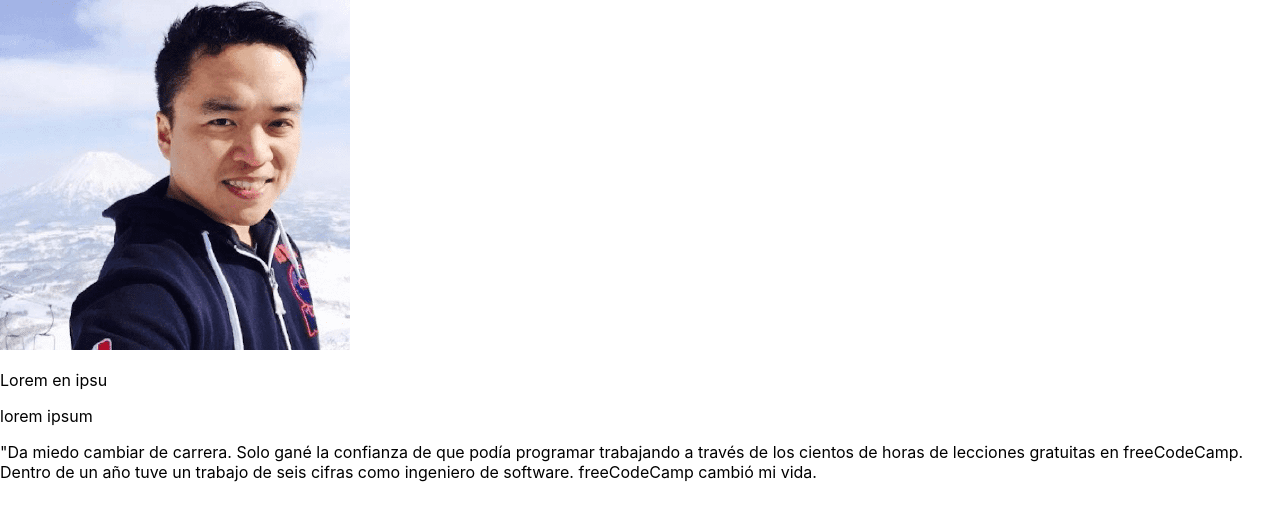
Repository: mvbri/testimonios-free-code
Page: /
These files come from the project's save history. The page is drawn as it stood at one moment and after the next save; the edit follows.
The browser window is 1280 px wide. The pictures show the whole page.
The project was rebuilt for these pictures with package versions that can differ from the ones it lists, and the page was loaded fresh each time. Also part of the build but not shown: src/App.css.

Above is the page before, as saved 2023-01-31 20:24:29.

### src/App.js
import './App.css';
import Testimonios from './components/Testimonios';

function App() {
	return (
		<div className='App'>
			<Testimonios />
		</div>
	);
}

export default App;

### src/components/Testimonios.js
// rfce - Para crear estructura básica de componente.
import React from 'react';

function Testimonios() {
	return (
		<div className='container-testimony'>
			<img
				className='img-testimony'
				src={require('../img/testimony-1.png')}
				alt='Foto de 1'
			/>
			<div className='container-text-testimony'>
				<p className='name-testimony'>Lorem en ipsu</p>
				<p className='charhe-name'>lorem ipsum</p>
				<p className='text-testimony'>
					"Da miedo cambiar de carrera. Solo gané la confianza de que podía
					programar trabajando a través de los cientos de horas de lecciones
					gratuitas en freeCodeCamp. Dentro de un año tuve un trabajo de seis
					cifras como ingeniero de software. freeCodeCamp cambió mi vida.
				</p>
			</div>
		</div>
	);
}

export default Testimonios;

Loaded but not shown: public/index.html (common file); src/index.js (common file); src/index.css (common file); src/reportWebVitals.js (common file)

After the next save:
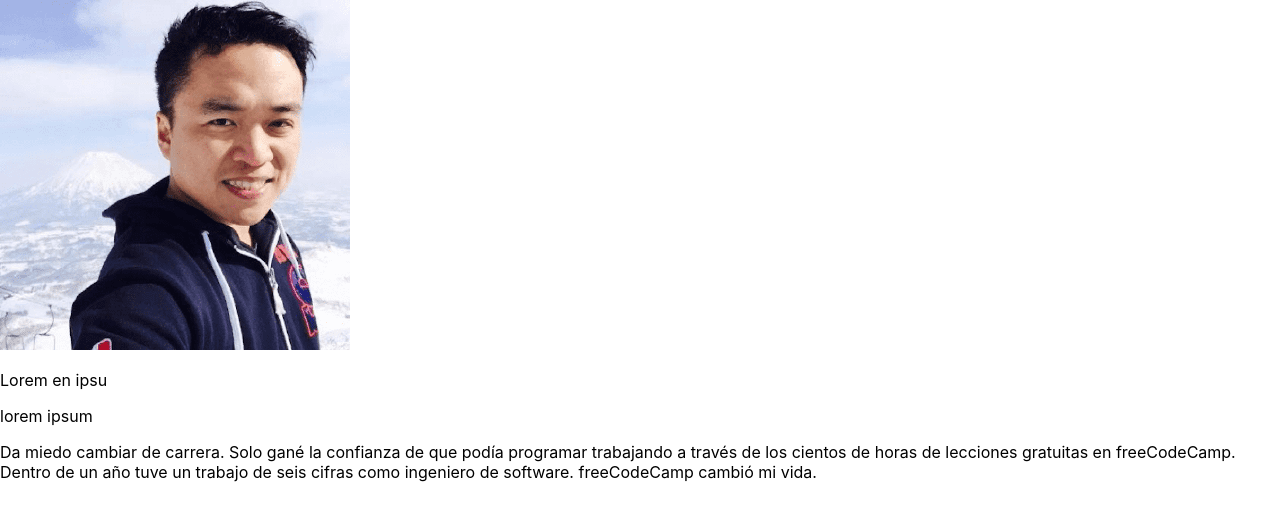
Saved 8 s later.
--- a/src/components/Testimonios.js
+++ b/src/components/Testimonios.js
@@ -13,7 +13,7 @@ function Testimonios() {
 				<p className='name-testimony'>Lorem en ipsu</p>
 				<p className='charhe-name'>lorem ipsum</p>
 				<p className='text-testimony'>
-					"Da miedo cambiar de carrera. Solo gané la confianza de que podía
+					Da miedo cambiar de carrera. Solo gané la confianza de que podía
 					programar trabajando a través de los cientos de horas de lecciones
 					gratuitas en freeCodeCamp. Dentro de un año tuve un trabajo de seis
 					cifras como ingeniero de software. freeCodeCamp cambió mi vida.
